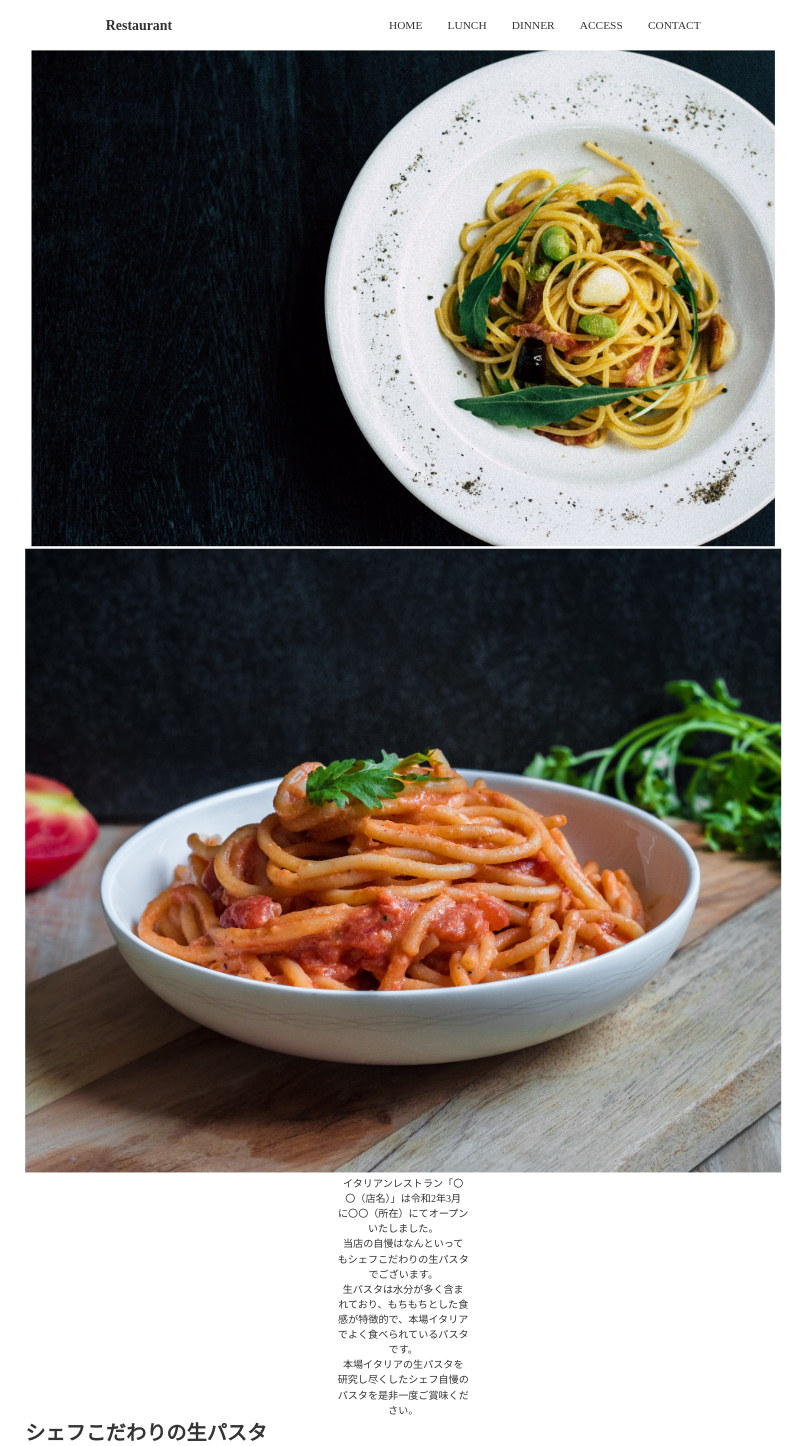
Repository: konatsu-0806/demo-site
Page: FromFigma/index.html
The author's editor kept a copy of each file at every save. The page is drawn from the files as they stood at one save, then again after the next save.
The browser window is 1280 px wide. The pictures show the whole page, at 63% of full size.

Above is the page before, as saved 2023-02-08 17:05:02.

### FromFigma/index.html
<!DOCTYPE html>
<html lang="ja">

<head>
  <meta charset="UTF-8">
  <meta name="viewport" content="width=device-width, initial-scale=1.0">
  <meta http-equiv="X-UA-Compatible" content="ie=edge">
  <link rel="stylesheet" href="css/style.css">
  <title>demosite</title>
</head>

<body>
  <header class="header_bg">
    <div class="header_contents">
      <h1>Restaurant</h1>
      <div class="responsive_btn">
        <div class="menu_line"></div>
        <div class="menu_line"></div>
        <div class="menu_line"></div>
      </div>
      <nav class="header_nav">
        <ul class="header_nav_lists">
          <li><a class="nav_link" href="">HOME</a></li>
          <li><a class="nav_link" href="">LUNCH</a></li>
          <li><a class="nav_link" href="">DINNER</a></li>
          <li><a class="nav_link" href="">ACCESS</a></li>
          <li><a class="nav_link" href="">CONTACT</a></li>
        </ul>
      </nav>
    </div>
  </header>
  <script src="js/master.js"></script>

  <div class="main_visual">
   <img src="img/mgg-vitchakorn-98Xi5vMGKck-unsplash.jpg" alt="">
  </div>

  <div class="intro_bg">
    <div class="intro_contents">
        <div class="intro_img">
            <img src="img/pratik-gupta-gyt0s3wR1YM-unsplash.jpg" alt="">
        </div>
        <div class="intro_sentence">
            <p class="text-center">
              イタリアンレストラン「〇<br />
              〇（店名）」は令和2年3月<br />
              に〇〇（所在）にてオープン<br />
              いたしました。
            </p>
            <p class="text-center">
              当店の自慢はなんといって<br />
              もシェフこだわりの生パスタ<br />
              でございます。<br />
            </p>
            <p class="text-center">
              生パスタは水分が多く含ま<br />
              れており、もちもちとした食<br />
              感が特徴的で、本場イタリア<br />
              でよく食べられているパスタ<br />
              です。
            </p>
            <p class="text-center">
              本場イタリアの生パスタを<br />
              研究し尽くしたシェフ自慢の<br />
              パスタを是非一度ご賞味くだ<br />
              さい。
            </p>
        </div>
        <h1>シェフこだわりの生パスタ</h1>
    </div>
</div>
</body>

</html>

### FromFigma/css/style.css
/* Reset style */
* {
    margin: 0;
    padding: 0;
    box-sizing: border-box;
    list-style: none;
    text-decoration: none;
    color: #333;
}

/* Normal header style */
.header_bg {
    width: 100%;
    height: 80px;
}

.header_contents {
    width: 100%;
    max-width: 1024px;
    height: 100%;
    margin: 0 auto;
    display: flex;
    justify-content: space-between;
    align-items: center;
}

.header_contents h1 {
    font-size: 22px;
    margin: 0 0 0 40px;
}

.header_nav_lists {
    display: flex;
}

.header_nav_lists li {
    margin: 0 40px 0 0;
}

.nav_link {
    font-size: 18px;
}

/* Responsive menu button */
.responsive_btn {
    display: none;
    flex-direction: column;
    align-items: center;
    justify-content: center;
    width: 32px;
    height: 32px;
    margin: 0 40px 0 0;
    cursor: pointer;
    position: relative;
    z-index: 10;
}

.menu_line {
    background-color: #333;
    border-radius: 5px;
    width: 100%;
    height: 5px;
    margin: 4px 0;
}

/* Reaponsive style */
@media screen and (max-width: 768px) {
    .responsive_btn {
        display: flex;
    }

    .header_bg {
        position: relative;
    }

    .header_nav {
        background-color: white;
        width: 100%;
        height: 100vh;
        padding: 80px 0 0 0;
        position: absolute;
        top: 0;
        right: -100%;
        transition: .5s;
    }

    .header_nav_lists {
        display: block;
        text-align: center;
    }

    .header_nav_lists li {
        margin: 0 0 40px;
        text-align: center;
    }

    .nav_link {
        font-size: 20px;
    }
}

/* js function "menuToggle" starting only */
.menu_active {
    right: 0;
  }

/* 1st pic */
img {
    width: 100%;
}

.main_visual {
    margin: 0 50px;
}

/* contents */
.intro_bg {
    width: 100%;
    max-width: 1200px;
    margin: auto;
}
.contents img {
    width: 100%;
}
.text-center {
    text-align: center;
}
.flexbox {
    display: flex;
}
.box1 {
    width: 55%;
    margin: auto;
}
.box2 {
    width: 45%;
    margin: auto .5rem;
}
@media screen and (max-width: 767px) {
    .flexbox {
        display: block;
    }
    .flexbox .box1 {
        width: 100%;
        margin: 0 auto;
    }
    .flexbox .box2 {
        width: 100%;
        margin: 0 auto;
    }
}

### FromFigma/js/master.js
const responsive_menu_btn = document.querySelector('.responsive_btn');
responsive_menu_btn.addEventListener('click', menuToggle);

function menuToggle() {
  const header_menu_detail = document.querySelector('.header_nav');
  header_menu_detail.classList.toggle('menu_active');
}

After the next save:
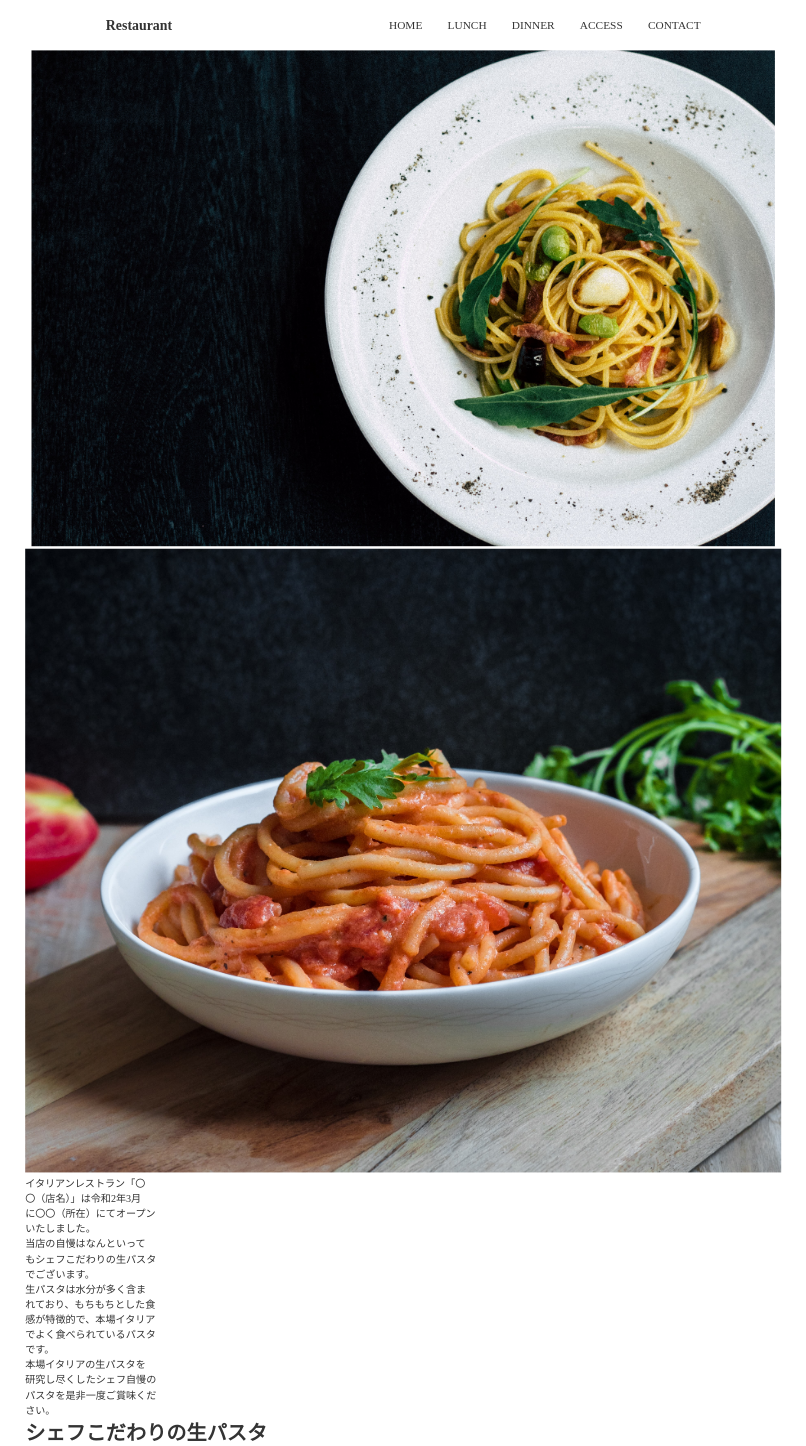
Saved 6 s later.
--- a/FromFigma/css/style.css
+++ b/FromFigma/css/style.css
@@ -122,7 +122,7 @@
 .contents img {
     width: 100%;
 }
-.text-center {
+.text-cen {
     text-align: center;
 }
 .flexbox {

After the save that followed:
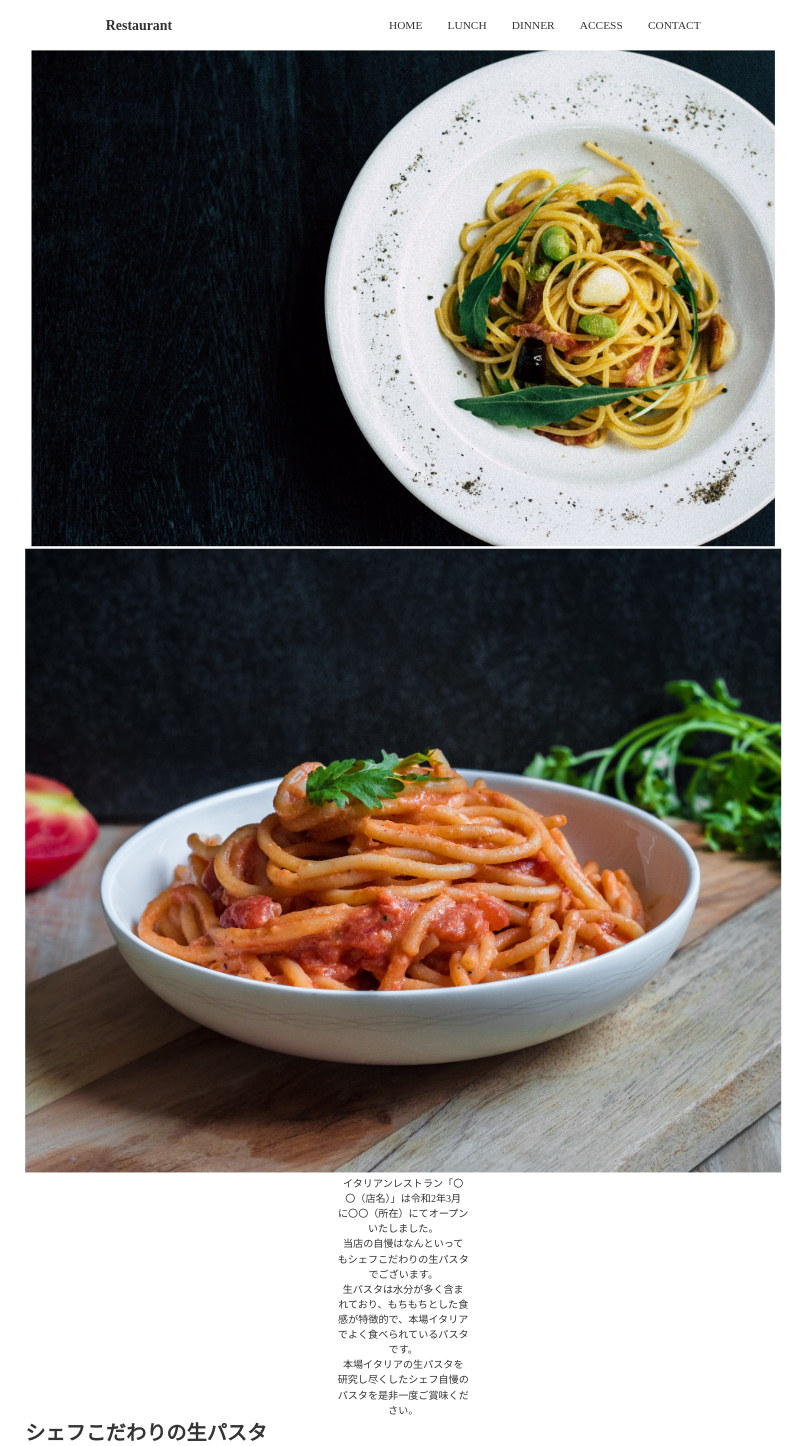
Saved 5 s later.
--- a/FromFigma/css/style.css
+++ b/FromFigma/css/style.css
@@ -122,7 +122,7 @@
 .contents img {
     width: 100%;
 }
-.text-cen {
+.text-center {
     text-align: center;
 }
 .flexbox {
